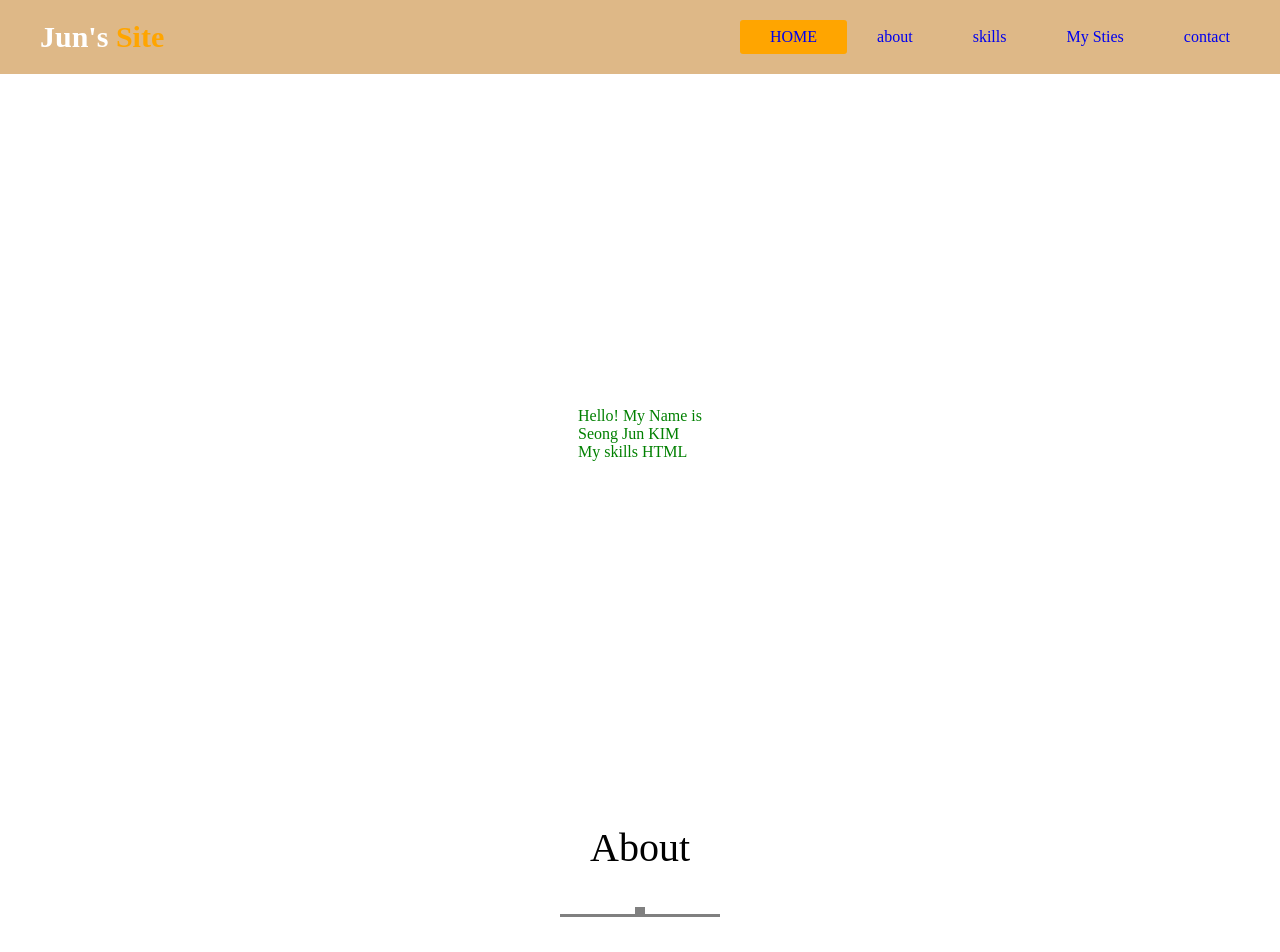
Repository: jun01270/jun
Page: index.html
These files come from the project's save history. The page is drawn as it stood at one moment and after the next save; the edit follows.
The browser window is 1280 px wide. The pictures show the part of the page from y = 0 to 952 px (the page is 2474 px tall).
The pointer rests on the first visible `.menu-bar li`.
A picture or video elsewhere on the page could not be fetched, so the positions and the page height are approximate. Some web libraries are served in a nearby version.

Above is the page before, as saved 2023-05-10 10:49:25.

### index.html
<!DOCTYPE html>
<html lang="en">
  <head>
    <meta charset="UTF-8" />
    <meta http-equiv="X-UA-Compatible" content="IE=edge" />
    <meta name="viewport" content="width=device-width, initial-scale=1.0" />
    <link rel="stylesheet" href="./css/style.css" />
    <link rel="stylesheet" href="./css/home.css" />
    <script
      src="https://kit.fontawesome.com/252eac6dbf.js"
      crossorigin="anonymous"
    ></script>
    <title>Jun's site</title>
  </head>
  <body>
    <nav class="navbar">
      <div class="max-width">
        <div class="logo">
          <a href="#home">Jun's <span>Site</span></a>
        </div>
        <ul class="menu-bar">
          <li><a href="#home" class="menu-btn" id="homeID">HOME</a></li>
          <li><a href="#about" class="menu-btn" id="homeID">about</a></li>
          <li><a href="#skills" class="menu-btn">skills</a></li>
          <li><a href="#my-sites" class="menu-btn">My Sties</a></li>
          <li><a href="#contact" class="menu-btn">contact</a></li>
        </ul>
      </div>
    </nav>

    <!--home섹션-->
    <section class="home" id="home">
      <div class="max-width">
        <div class="home-section">
          <div class="text-1">Hello! My Name is</div>
          <div class="text-1">Seong Jun KIM</div>
          <div class="text-1">My skills <span class="typing1">HTML</span></div>
        </div>
      </div>
    </section>

    <!--about섹션-->
    <section class="about">
      <div class="max-width">
        <h2 class="title">About</h2>
        <div class="about-content">
          <div class="left-column"></div>
          <div class="right-column">
            <div class="about-text">I'm Seong Jun KIM</div>
            <div class="about-skills">
              My skills <span class="typing2">HTML</span>
            </div>
            <p>
              안녕하세요 프론트엔드 개발자를 꿈꾸는 주니어 개발자 김성준입니다.
            </p>
          </div>
        </div>
      </div>
    </section>

    <!--skills섹션-->
    <section class="skills">
      <div class="max-width">
        <h2 class="title">My Skills</h2>
        <div class="skills-content">
          <div class="left-column">
            <div class="skills-text">
              <div class="sub-title">My skills & Experience</div>
              <p>HTML, Css, js , react를 다루고 있습니다.</p>
            </div>
          </div>
          <div class="rigth-column">
            <div class="bars">
              <div class="bars-content">
                <span>HTML</span>
                <span>90%</span>
              </div>
              <div class="line-html"></div>
            </div>
            <div class="bars">
              <div class="bars-content">
                <span>Css</span>
                <span>80%</span>
              </div>
              <div class="line-css"></div>
            </div>
            <div class="bars">
              <div class="bars-content">
                <span>JS</span>
                <span>80%</span>
              </div>
              <div class="line-js"></div>
            </div>
            <div class="bars">
              <div class="bars-content">
                <span>React</span>
                <span>80%</span>
              </div>
              <div class="line-react"></div>
            </div>
          </div>
        </div>
      </div>
    </section>

    <!--My sties섹션-->
    <section class="my-sites">
      <div class="max-width">
        <h2 class="title">My Sites</h2>
        <div class="my-sites-content">
          <div class="left-column">
            <a href="https://web-jun.tistory.com/" target="_blank">
              <div class="site">
                <div class="site-images">
                  <img src="/img/blog.jpg" alt="" />
                  <div class="site-text">BLOG</div>
                  <p>개발하는 블로그입니다.</p>
                </div>
              </div>
            </a>
          </div>
          <div class="right-column">
            <a href="https://github.com/jun01270" target="_blank">
              <div class="site">
                <div class="site-images">
                  <img src="/img/github.jpg" alt="" />
                  <div class="site-text">BLOG</div>
                  <p>깃허브 사이트입니다.</p>
                </div>
              </div>
            </a>
          </div>
        </div>
      </div>
    </section>

    <!--Contact 섹션-->
    <section class="contact">
      <div class="max-width">
        <h2 class="title">Contact me</h2>
        <div class="contact-content">
          <div class="left-column">
            <div class="contact-text">My information</div>
            <p>
              동양미래대학교 컴퓨터소프트웨어공학과를 졸업하여 프론트엔드
              개발자가 되고싶은 주니어 개발자입니다.
            </p>
            <div class="icons-content">
              <i class="fas fa-user"></i>
              <div class="info">
                <div class="head">Name</div>
                <div class="tail">Seong Jun KIM</div>
              </div>
            </div>
            <div class="icons-content">
              <i class="fas fa-envelope"></i>
              <div class="info">
                <div class="head">E-mail</div>
                <div class="tail">kimsj012731@gmail.com</div>
              </div>
            </div>
            <div class="icons-content">
              <i class="fas fa-map-marked-alt"></i>
              <div class="info">
                <div class="head">Address</div>
                <div class="tail">경기도 광명시</div>
              </div>
            </div>
          </div>
          <div class="right-column">
            <div class="contact-text">Message Me!</div>
            <form action="#">
              <div class="fields">
                <div class="fields name">
                  <input type="text" placeholder="Name" />
                </div>
                <div class="fields Email">
                  <input type="email" placeholder="E-mail" />
                </div>
              </div>
              <div class="fields subject">
                <input type="text" placeholder="Subject" />
              </div>
              <div class="fields contact-area">
                <textarea
                  cols="30"
                  rows="10"
                  placeholder="Contact.. "
                  required
                ></textarea>
              </div>
              <div class="button">
                <button type="submit">Send Message</button>
              </div>
            </form>
          </div>
        </div>
      </div>
    </section>

    <!--Footer섹션-->
    <footer></footer>

    <!--JS섹션-->
  </body>
</html>

### css/style.css
@import url("https://fonts.googleapis.com/css2?family=Lora&display=swap");

* {
  margin: 0;
  padding: 0;
  box-sizing: border-box;
  text-decoration: none;
}

html {
  scroll-behavior: smooth;
}

.home .about .skills .my-sites .contact {
  padding-top: 86px;
}

.max-width {
  max-width: 1300px;
  padding: 0 20px;
  margin: auto;
}

.section {
  padding: 100px 0;
}

/* .about, .skills, .my-sites, .contact, .footer{
    //폰트삽입
} */

.title {
  position: relative;
  text-align: center;
  font-size: 40px;
  font-weight: 500;
  margin: 30px 0 100px 0;
  padding-bottom: 8px;
}

.title::before {
  content: "";
  position: absolute;
  bottom: -38px;
  left: 50%;
  width: 160px;
  height: 3px;
  background-color: gray;
  transform: translateX(-50%);
}

.title::after {
  content: "";
  position: absolute;
  bottom: -38px;
  left: 50%;
  font-size: 20px;
  color: rgb(255, 164, 45);
  padding: 5px;
  background-color: gray;
  transform: translateX(-50%);
}

.about .about-content,
.skills .skills-content,
.my-sites .my-sites-content,
.contact .contact-content {
  display: flex;
  align-items: center;
  flex-wrap: wrap;
  justify-content: space-between;
}

.navbar {
  position: relative;
  width: 100%;
  padding: 20px 0;
  z-index: 999;
  transition: all 0.3s ease;
  background-color: burlywood;
}

.navbar .max-width {
  display: flex;
  align-items: center;
  justify-content: space-between;
}

.navbar .logo {
  font-size: 30px;
  font-weight: 600;
  margin-left: 20px;
  color: black;
}

.navbar .logo a {
  color: white;
  text-decoration: none;
}

.navbar .logo a span {
  color: orange;
  transition: all 0.3s ease;
}

.menu-bar {
  list-style: none;
  display: flex;
  margin: 0;
  padding-left: 0;
}

.menu-bar li {
  padding: 8px 30px;
}

.menu-bar li:hover {
  background-color: orange;
  border-radius: 3px;
}

@media screen and (max-width: 700px) {
  .navbar {
    flex-direction: column;
    align-items: flex-start;
    margin: 0;
  }

  .menu-bar {
    flex-direction: column;
    align-items: center;
    width: 100%;
  }

  .menu-bar li {
    width: 100%;
    text-align: center;
  }
}

### css/home.css
.home{
    display:flex;
    height: 100vh;
    min-height: 500px;
    color: green;
    background-image: "./img/background.png";
}

After the next save:
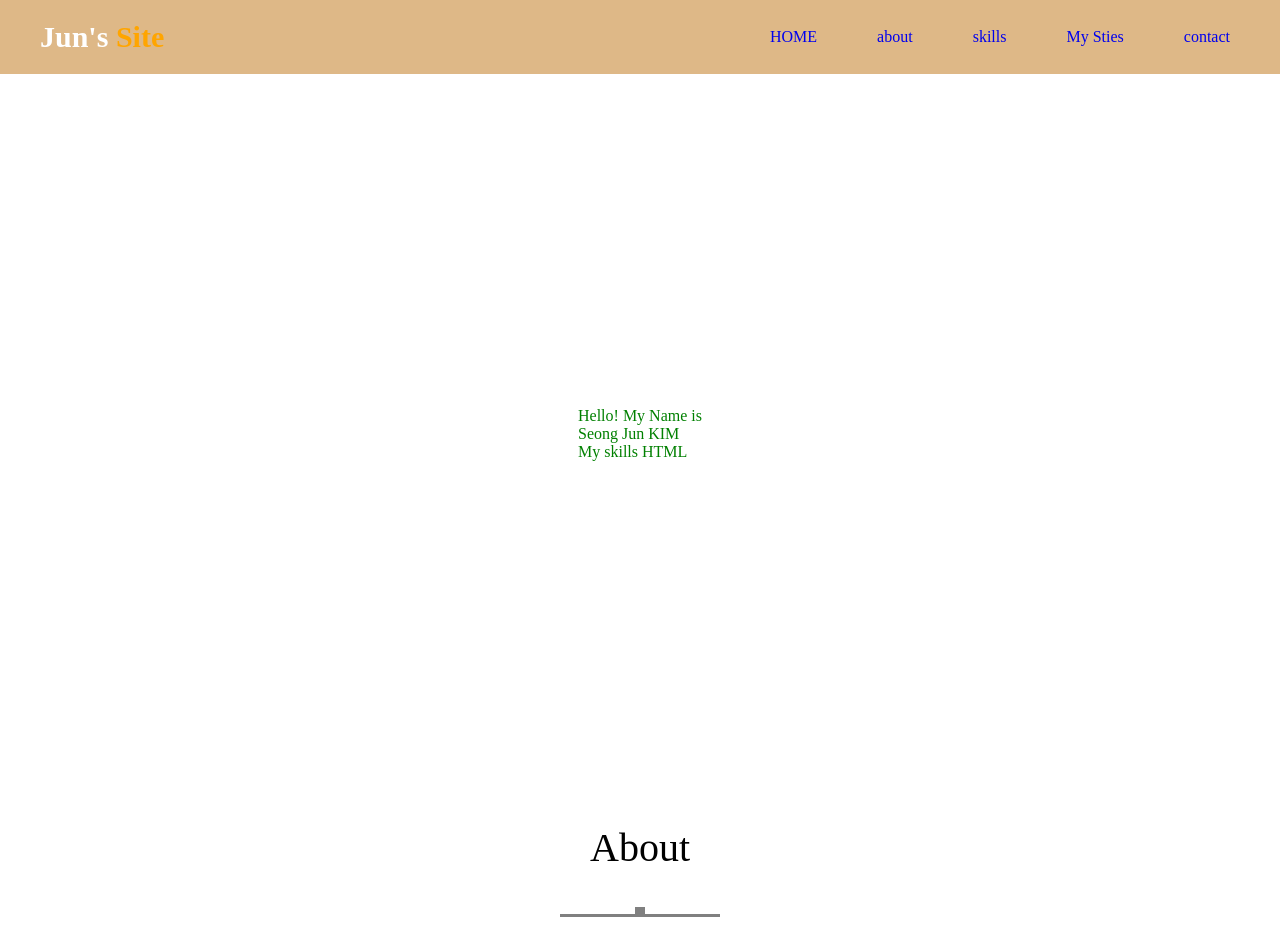
Saved 30 s later.
--- a/css/style.css
+++ b/css/style.css
@@ -115,7 +115,7 @@
 }
 
 .menu-bar li:hover {
-  background-color: orange;
+  color: orange;
   border-radius: 3px;
 }
 

After the save that followed:
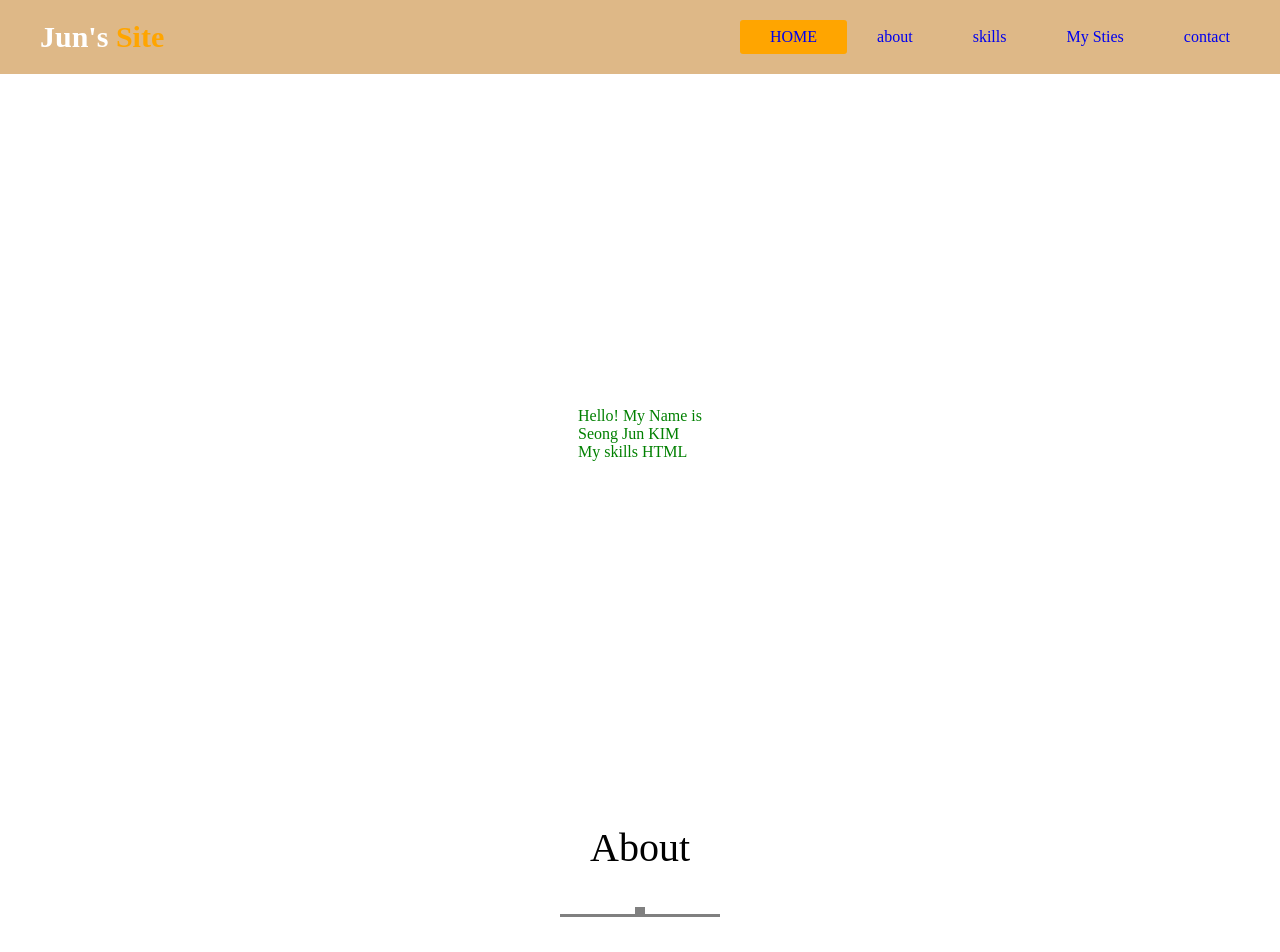
Saved 5 s later.
--- a/css/style.css
+++ b/css/style.css
@@ -115,7 +115,7 @@
 }
 
 .menu-bar li:hover {
-  color: orange;
+  background-color: orange;
   border-radius: 3px;
 }
 
